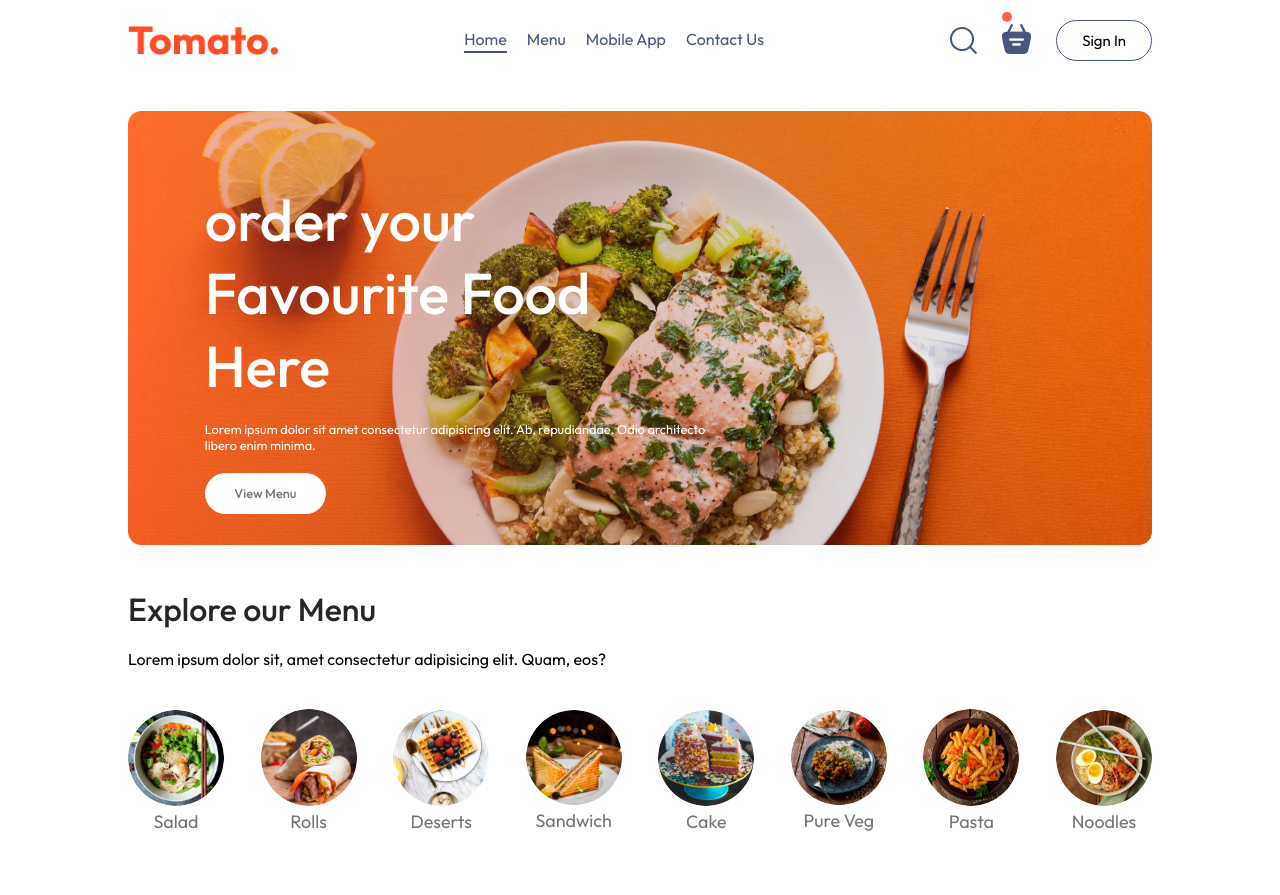
Repository: Attar786/Food-ordering-app
Page: / (app in frontend/)
These files come from the project's save history. The page is drawn as it stood at one moment and after the next save; the edit follows.
The browser window is 1280 px wide. The pictures show the whole page.
The project was rebuilt for these pictures with package versions that can differ from the ones it lists, and the page was loaded fresh each time. Also part of the build but not shown: frontend/vite.config.js, frontend/src/pages/Cart/Cart.css, frontend/src/pages/Cart/Cart.jsx, frontend/src/pages/PlaceOrder/PlaceOrder.css, frontend/src/pages/PlaceOrder/PlaceOrder.jsx, frontend/src/components/FoodDisplay/FoodDisplay.css.

Above is the page before, as saved 2024-07-25 19:52:41.

### frontend/src/main.jsx
import ReactDOM from 'react-dom/client'
import App from './App.jsx'
import './index.css'
import {BrowserRouter} from 'react-router-dom'
import StoreContextProvider from './context/StoreContext.jsx'
ReactDOM.createRoot(document.getElementById('root')).render(
<BrowserRouter>

<StoreContextProvider>
<App />
</StoreContextProvider>

    </BrowserRouter>
)

### frontend/src/App.jsx
import './index.css'
import Navbar from "./components/Navbar/Navbar"
import Home from './pages/Home/Home'
import Cart from './pages/Cart/Cart'
import PlaceOrder from './pages/PlaceOrder/PlaceOrder'
import { Route, Routes } from 'react-router-dom'


function App() {

  return (
    <>

  <div className='app'>
  <Navbar/>
<Routes>
<Route path='/' element={<Home/>}/>
<Route path='/cart' element={<Cart/>}/>
<Route path='/order' element={<PlaceOrder/>}/>

</Routes>
  </div>
    </>
  )
}

export default App

### frontend/src/index.css
@import url('https://fonts.googleapis.com/css2?family=Outfit:wght@100..900&display=swap');


*{
margin: 0;
padding: 0;
 box-sizing: border-box;
 font-family: outfit;
}
body{
height: 100vh;
}
a{
text-decoration: none;
color : inherit;
}
.app{
    width: 80%;
    margin: auto;
}
@keyframes fadeIn{
    0%{
        opacity: 0;
    }
    100%{
        opacity: 1;
    }
}

### frontend/src/context/StoreContext.jsx
import './StoreContext.css';
import { createContext } from 'react';
import { food_list } from '../assets/assets';
export const StoreContext = createContext(null);

const StoreContextProvider = (props) => {
  const contextValue = {};
  food_list
  return (
    <StoreContext.Provider value={contextValue}>
      {props.children}
    </StoreContext.Provider>
  );
};

export default StoreContextProvider;

### frontend/src/components/Navbar/Navbar.jsx
import { useState } from 'react';
import './Navbar.css';
import { assets } from '../../assets/assets';

const Navbar = () => {
  const [menu, setMenu] = useState("home");

  const handleMenuClick = (menuItem) => {
    setMenu(menuItem);
  };

  return (
    <div className="Navbar">
      <img src={assets.logo} alt="Logo" className="logo" />
      <ul className="navbar-menu">
        <li onClick={() => handleMenuClick("home")} className={menu === "home" ? "active" : ""}>Home</li>
        <li onClick={() => handleMenuClick("menu")} className={menu === "menu" ? "active" : ""}>Menu</li>
        <li onClick={() => handleMenuClick("mobile-app")} className={menu === "mobile-app" ? "active" : ""}>Mobile App</li>
        <li onClick={() => handleMenuClick("contact-us")} className={menu === "contact-us" ? "active" : ""}>Contact Us</li>
      </ul>
      <div className="navbar-right">
        <img src={assets.search_icon} alt="search-icon" />
        <div>
          <img src={assets.basket_icon} alt="icons" />
          <div className="dot"></div>
        </div>
        <button>Sign In</button>
      </div>
    </div>
  );
}

export default Navbar;

### frontend/src/pages/Home/Home.jsx
import {useState} from 'react'
import Header from '../../components/Header/Header'
import ExploreMenu from '../../components/ExploreMenu/ExploreMenu'
import './Home.css'

const Home = () => {
    const [category , setCategory ] = useState('All')
  return (
    <>
<Header/>
<ExploreMenu category={category} setCategory={setCategory}/>
</>
)
}

export default Home

### frontend/src/assets/assets.js
import basket_icon from './basket_icon.png'
import logo from './logo.png'
import header_img from './header_img.png'
import search_icon from './search_icon.png'
import menu_1 from './menu_1.png'
import menu_2 from './menu_2.png'
import menu_3 from './menu_3.png'
import menu_4 from './menu_4.png'
import menu_5 from './menu_5.png'
import menu_6 from './menu_6.png'
import menu_7 from './menu_7.png'
import menu_8 from './menu_8.png'

import food_1 from './food_1.png'
import food_2 from './food_2.png'
import food_3 from './food_3.png'
import food_4 from './food_4.png'
import food_5 from './food_5.png'
import food_6 from './food_6.png'
import food_7 from './food_7.png'
import food_8 from './food_8.png'
import food_9 from './food_9.png'
import food_10 from './food_10.png'
import food_11 from './food_11.png'
import food_12 from './food_12.png'
import food_13 from './food_13.png'
import food_14 from './food_14.png'
import food_15 from './food_15.png'
import food_16 from './food_16.png'
import food_17 from './food_17.png'
import food_18 from './food_18.png'
import food_19 from './food_19.png'
import food_20 from './food_20.png'
import food_21 from './food_21.png'
import food_22 from './food_22.png'
import food_23 from './food_23.png'
import food_24 from './food_24.png'
import food_25 from './food_25.png'
import food_26 from './food_26.png'
import food_27 from './food_27.png'
import food_28 from './food_28.png'
import food_29 from './food_29.png'
import food_30 from './food_30.png'
import food_31 from './food_31.png'
import food_32 from './food_32.png'

import add_icon_white from './add_icon_white.png'
import add_icon_green from './add_icon_green.png'
import remove_icon_red from './remove_icon_red.png'
import app_store from './app_store.png'
import play_store from './play_store.png'
import linkedin_icon from './linkedin_icon.png'
import facebook_icon from './facebook_icon.png'
import twitter_icon from './twitter_icon.png'
import cross_icon from './cross_icon.png'
import selector_icon from './selector_icon.png'
import rating_starts from './rating_starts.png'
import profile_icon from './profile_icon.png'
import bag_icon from './bag_icon.png'
import logout_icon from './logout_icon.png'
import parcel_icon from './parcel_icon.png'

export const assets = {
    logo,
    basket_icon,
    header_img,
    search_icon,
    rating_starts,
    add_icon_green,
    add_icon_white,
    remove_icon_red,
    app_store,
    play_store,
    linkedin_icon,
    facebook_icon,
    twitter_icon,
    cross_icon,
    selector_icon,
    profile_icon,
    logout_icon,
    bag_icon,
    parcel_icon
}

export const menu_list = [
    {
        menu_name: "Salad",
        menu_image: menu_1
    },
    {
        menu_name: "Rolls",
        menu_image: menu_2
    },
    {
        menu_name: "Deserts",
        menu_image: menu_3
    },
    {
        menu_name: "Sandwich",
        menu_image: menu_4
    },
    {
        menu_name: "Cake",
        menu_image: menu_5
    },
    {
        menu_name: "Pure Veg",
        menu_image: menu_6
    },
    {
        menu_name: "Pasta",
        menu_image: menu_7
    },
    {
        menu_name: "Noodles",
        menu_image: menu_8
    }]

export const food_list = [
    {
        _id: "1",
        name: "Greek salad",
        image: food_1,
        price: 12,
        description: "Food provides essential nutrients for overall health and well-being",
        category: "Salad"
    },
    {
        _id: "2",
        name: "Veg salad",
        image: food_2,
        price: 18,
        description: "Food provides essential nutrients for overall health and well-being",
        category: "Salad"
    }, {
        _id: "3",
        name: "Clover Salad",
        image: food_3,
        price: 16,
        description: "Food provides essential nutrients for overall health and well-being",
        category: "Salad"
    }, {
        _id: "4",
        name: "Chicken Salad",
        image: food_4,
        price: 24,
        description: "Food provides essential nutrients for overall health and well-being",
        category: "Salad"
    }, {
        _id: "5",
        name: "Lasagna Rolls",
        image: food_5,
        price: 14,
        description: "Food provides essential nutrients for overall health and well-being",
        category: "Rolls"
    }, {
        _id: "6",
        name: "Peri Peri Rolls",
        image: food_6,
        price: 12,
        description: "Food provides essential nutrients for overall health and well-being",
        category: "Rolls"
    }, {
        _id: "7",
        name: "Chicken Rolls",
        image: food_7,
        price: 20,
        description: "Food provides essential nutrients for overall health and well-being",
        category: "Rolls"
    }, {
        _id: "8",
        name: "Veg Rolls",
        image: food_8,
        price: 15,
        description: "Food provides essential nutrients for overall health and well-being",
        category: "Rolls"
    }, {
        _id: "9",
        name: "Ripple Ice Cream",
        image: food_9,
        price: 14,
        description: "Food provides essential nutrients for overall health and well-being",
        category: "Deserts"
    }, {
        _id: "10",
        name: "Fruit Ice Cream",
        image: food_10,
        price: 22,
        description: "Food provides essential nutrients for overall health and well-being",
        category: "Deserts"
    }, {
        _id: "11",
        name: "Jar Ice Cream",
        image: food_11,
        price: 10,
        description: "Food provides essential nutrients for overall health and well-being",
        category: "Deserts"
    }, {
        _id: "12",
        name: "Vanilla Ice Cream",
        image: food_12,
        price: 12,
        description: "Food provides essential nutrients for overall health and well-being",
        category: "Deserts"
    },
    {
        _id: "13",
        name: "Chicken Sandwich",
        image: food_13,
        price: 12,
        description: "Food provides essential nutrients for overall health and well-being",
        category: "Sandwich"
    },
    {
        _id: "14",
        name: "Vegan Sandwich",
        image: food_14,
        price: 18,
        description: "Food provides essential nutrients for overall health and well-being",
        category: "Sandwich"
    }, {
        _id: "15",
        name: "Grilled Sandwich",
        image: food_15,
        price: 16,
        description: "Food provides essential nutrients for overall health and well-being",
        category: "Sandwich"
    }, {
        _id: "16",
        name: "Bread Sandwich",
        image: food_16,
        price: 24,
        description: "Food provides essential nutrients for overall health and well-being",
        category: "Sandwich"
    }, {
        _id: "17",
        name: "Cup Cake",
        image: food_17,
        price: 14,
        description: "Food provides essential nutrients for overall health and well-being",
        category: "Cake"
    }, {
        _id: "18",
        name: "Vegan Cake",
        image: food_18,
        price: 12,
        description: "Food provides essential nutrients for overall health and well-being",
        category: "Cake"
    }, {
        _id: "19",
        name: "Butterscotch Cake",
        image: food_19,
        price: 20,
        description: "Food provides essential nutrients for overall health and well-being",
        category: "Cake"
    }, {
        _id: "20",
        name: "Sliced Cake",
        image: food_20,
        price: 15,
        description: "Food provides essential nutrients for overall health and well-being",
        category: "Cake"
    }, {
        _id: "21",
        name: "Garlic Mushroom ",
        image: food_21,
        price: 14,
        description: "Food provides essential nutrients for overall health and well-being",
        category: "Pure Veg"
    }, {
        _id: "22",
        name: "Fried Cauliflower",
        image: food_22,
        price: 22,
        description: "Food provides essential nutrients for overall health and well-being",
        category: "Pure Veg"
    }, {
        _id: "23",
        name: "Mix Veg Pulao",
        image: food_23,
        price: 10,
        description: "Food provides essential nutrients for overall health and well-being",
        category: "Pure Veg"
    }, {
        _id: "24",
        name: "Rice Zucchini",
        image: food_24,
        price: 12,
        description: "Food provides essential nutrients for overall health and well-being",
        category: "Pure Veg"
    },
    {
        _id: "25",
        name: "Cheese Pasta",
        image: food_25,
        price: 12,
        description: "Food provides essential nutrients for overall health and well-being",
        category: "Pasta"
    },
    {
        _id: "26",
        name: "Tomato Pasta",
        image: food_26,
        price: 18,
        description: "Food provides essential nutrients for overall health and well-being",
        category: "Pasta"
    }, {
        _id: "27",
        name: "Creamy Pasta",
        image: food_27,
        price: 16,
        description: "Food provides essential nutrients for overall health and well-being",
        category: "Pasta"
    }, {
        _id: "28",
        name: "Chicken Pasta",
        image: food_28,
        price: 24,
        description: "Food provides essential nutrients for overall health and well-being",
        category: "Pasta"
    }, {
        _id: "29",
        name: "Buttter Noodles",
        image: food_29,
        price: 14,
        description: "Food provides essential nutrients for overall health and well-being",
        category: "Noodles"
    }, {
        _id: "30",
        name: "Veg Noodles",
        image: food_30,
        price: 12,
        description: "Food provides essential nutrients for overall health and well-being",
        category: "Noodles"
    }, {
        _id: "31",
        name: "Somen Noodles",
        image: food_31,
        price: 20,
        description: "Food provides essential nutrients for overall health and well-being",
        category: "Noodles"
    }, {
        _id: "32",
        name: "Cooked Noodles",
        image: food_32,
        price: 15,
        description: "Food provides essential nutrients for overall health and well-being",
        category: "Noodles"
    }
]

### frontend/src/components/Navbar/Navbar.css
.Navbar{
    padding: 20px 0;
    display: flex;
    justify-content: space-between;
    align-items: center;
}
.Navbar .logo{
    width: 150px;
}
.navbar-menu{
    display: flex;
    list-style: none;
    gap: 20px;
    font: 18px;
    color: #49557e;
    cursor: pointer;
}
.navbar-right{
    display: flex;
    align-items: center;
    gap: 25px;

}
.Navbar button{
    font-size: 15px;
    border: 1px solid #49557e;
    background: transparent;
    padding: 10px 25px;
    cursor: pointer;
    border-radius: 40px;
    transition: 0.3s;
}
.Navbar button:hover{
    background-color: #fff4f2;
}
.Navbar .navbar-menu .active{
    padding-bottom: 2px;
    border-bottom: 2px solid #49557e;

}
.search-icon{
    position: relative;
}
/* .search-icon .dot{ */
    /* position: absolute;
    top: -5px;
    right: -5px;
    width: 10px;
    height: 10px;
    background-color: blue;
    border-radius: 50%;
} */
.dot {
    position: absolute;
    top: 12px; /* Adjust as needed */
    right: 268px; /* Adjust as needed */
    width: 10px;
    height: 10px;

    background-color: tomato;
    border-radius: 50%;
  }

### frontend/src/components/Header/Header.jsx
import "./Header.css";
const Header = () => {
  return (
    <div className="header">
      <div className="header-contents">
        <h2>order your Favourite Food Here</h2>
        <p>
          Lorem ipsum dolor sit amet consectetur adipisicing elit. Ab,
          repudiandae. Odio architecto libero enim minima.
        </p>
        <button>View Menu</button>
      </div>
    </div>
  );
};

export default Header;

### frontend/src/components/ExploreMenu/ExploreMenu.jsx
import './ExploreMenu.css'
import { menu_list } from '../../assets/assets';
import PropTypes from 'prop-types'
const ExploreMenu = ({ category, setCategory }) => {
  return (
    <div className='explore-menu' id='explore-menu'>
      <h1 className='explore-menu-title'>Explore our Menu</h1>
      <p className='explore-menu-text'>Lorem ipsum dolor sit, amet consectetur adipisicing elit. Quam, eos?</p>
      <div className='explore-menu-list'>
        {menu_list.map((item, index) => {
          return (
            <div onClick={() => setCategory(prev => prev === item.menu_name ? "All" : item.menu_name)} key={index} className='explore-menu-list-item'>
              <img className={category === item.menu_name ? "active" : ""} src={item.menu_image} alt="" />
              <p>{item.menu_name}</p>
            </div>
          )
        })}
      </div>
      <hr />
    </div>
  )
}
    ExploreMenu.propTypes = {
    category: PropTypes.string.isRequired,
    setCategory: PropTypes.func.isRequired,
  };

export default ExploreMenu;

### frontend/src/components/Header/Header.css
.header{
    height: 35vw;
    margin: 30px auto;
    background: url('/header_img.png') no-repeat;
    background-size: contain;
    position: relative;
}
.header-contents{
position: absolute;
display: flex;
flex-direction: column;
align-items: start;
gap: 1.5vw;
max-width: 50%;
bottom: 10%;
left: 6vw;
animation: fadeIn 3s;
}

.header-contents h2{
    font-weight: 500;
    color: white;
    font-size: max(4.5vw, 22px);
}
.header-contents p{
    color: white;
    font-size: 1vw;

}
.header-contents button{
    font-weight: 500;
    color: #747474;
    border: none;
    padding: 1vw 2.3vw;
    background-color: white;
    border-radius: 50px;
    font-size: max(1vw,12px);


}

### frontend/src/components/ExploreMenu/ExploreMenu.css
.explore-menu{
    display: flex;
    flex-direction: column;
    gap: 20px;
}
.explore-menu h1{
    color: #262626;
    font-weight: 500;
}
.explore-menu-text{
    max-width: 60%;
    columns: #808080;
}
.explore-menu-list {
    display: flex;
    justify-content: space-between;
    align-items:center;
    gap: 30px;
    text-align: center;
    margin: 20px 0px;
    overflow: scroll;
}
.explore-menu-list::-webkit-scrollbar{
    display: none;
}
.explore-menu-list-item img{
    width: 7.5vw;
    min-width: 85px;
    cursor: pointer;
    border-radius: 50%;
    transition: 0.3s;
}

.explore-menu-list-item p{
    cursor: pointer;
    color: #747474;
    font-size: max(1.4vw, 16px)
}
.explore-menu hr{
    margin: 10px 0px;
    height: 2px;
    color: #e2e2e2;
    border: none;
}
.explore-menu-list-item .active{
    border:3px solid tomato;
    padding: 2px;
}

### frontend/src/components/FoodDisplay/FoodDisplay.jsx
import { useContext } from 'react'
import './FoodDisplay.css'
import { StoreContext } from '../../context/StoreContext'
const FoodDisplay = () => {

    const {food_list} = useContext(StoreContext)
  return (
    <div className='food-display' id='food-display'>FoodDisplay
        <h2>Top Dishes Near To You</h2>
    </div>
)
}

export default FoodDisplay

Loaded but not shown: frontend/index.html (common file); frontend/src/context/StoreContext.css (no stored copy; drawn as an empty file); frontend/src/pages/Home/Home.css (no stored copy; drawn as an empty file)

After the next save:
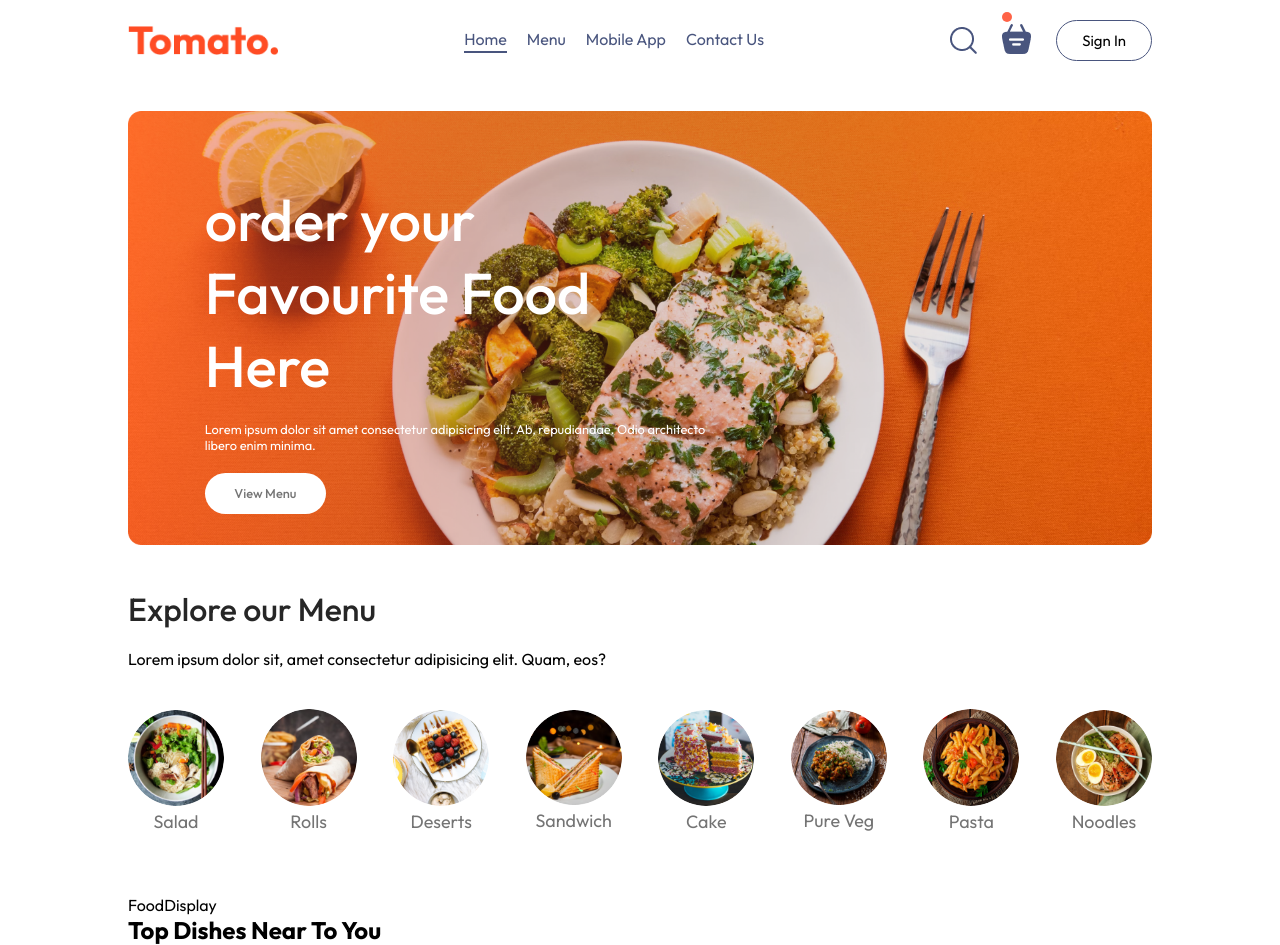
Saved 68 s later.
--- a/frontend/src/pages/Home/Home.jsx
+++ b/frontend/src/pages/Home/Home.jsx
@@ -2,6 +2,7 @@ import {useState} from 'react'
 import Header from '../../components/Header/Header'
 import ExploreMenu from '../../components/ExploreMenu/ExploreMenu'
 import './Home.css'
+import FoodDisplay from '../../components/FoodDisplay/FoodDisplay'
 
 const Home = () => {
     const [category , setCategory ] = useState('All')
@@ -9,6 +10,8 @@ const Home = () => {
     <>
 <Header/>
 <ExploreMenu category={category} setCategory={setCategory}/>
+<FoodDisplay category={category} />
+
 </>
 )
 }
